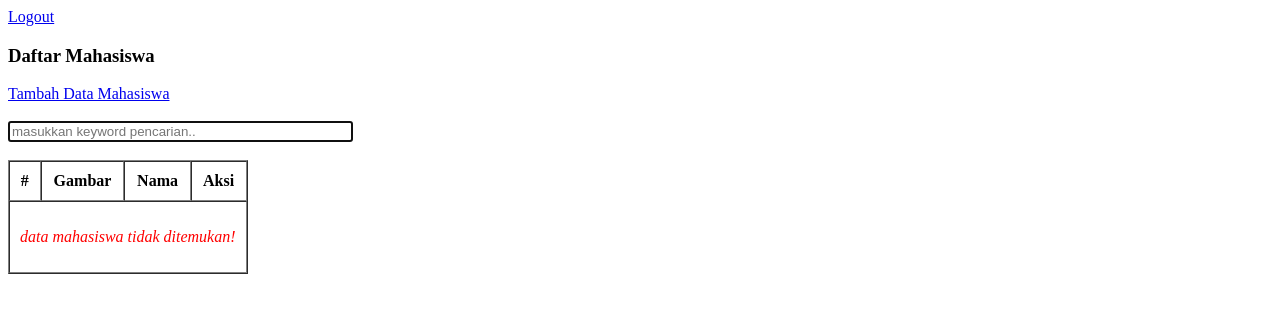
Repository: idlakip/pw2020
Page: http://localhost/
These files come from the project's save history. The page is drawn as it stood at one moment and after the next save; the edit follows.
The browser window is 1280 px wide. The pictures show the whole page.
The page is run by PHP 8.4 with error messages shown; the project is at /var/www/html/. The session is filled in as if someone had signed in: {"login": true}. Other server files are loaded and not shown. Queries for data that is not in the repository find no rows.

Above is the page before, as saved 2020-07-25 04:40:54.

### index.php
<?php
session_start();

if (!isset($_SESSION['login'])) {
  header("Location: login.php");
  exit;
}

require 'functions.php';
$mahasiswa = query("SELECT * FROM mahasiswa");

// ketika tombol cari diklik
if (isset($_POST['cari'])) {
  $mahasiswa = cari($_POST['keyword']);
}

?>
<!DOCTYPE html>
<html lang="en">

<head>
  <meta charset="UTF-8">
  <meta name="viewport" content="width=device-width, initial-scale=1.0">
  <title>Daftar Mahasiswa</title>
</head>

<body>
  <a href="logout.php">Logout</a>
  <h3>Daftar Mahasiswa</h3>

  <a href="tambah.php">Tambah Data Mahasiswa</a>
  <br><br>

  <form action="" method="POST">
    <input type="text" name="keyword" size="40" placeholder="masukkan keyword pencarian.." autocomplete="off" autofocus class="keyword">
    <button type="submit" name="cari" class="tombol-cari">Cari!</button>
  </form>
  <br>

  <div class="container">
    <table border="1" cellpadding="10" cellspacing="0">
      <tr>
        <th>#</th>
        <th>Gambar</th>
        <th>Nama</th>
        <th>Aksi</th>
      </tr>

      <?php if (empty($mahasiswa)) : ?>
        <tr>
          <td colspan="4">
            <p style="color: red; font-style: italic;">data mahasiswa tidak ditemukan!</p>
          </td>
        </tr>
      <?php endif; ?>

      <?php $i = 1;
      foreach ($mahasiswa as $m) : ?>
        <tr>
          <td><?= $i++; ?></td>
          <td><img src="img/<?= $m['gambar']; ?>" width="60"></td>
          <td><?= $m['nama']; ?></td>
          <td>
            <a href="detail.php?id=<?= $m['id']; ?>">lihat detail</a>
          </td>
        </tr>
      <?php endforeach; ?>
    </table>
  </div>

  <script src="js/script.js"></script>
</body>

</html>

### functions.php
<?php

function koneksi()
{
  return mysqli_connect('localhost', 'root', '', 'cb_016122333');
}

function query($query)
{
  $conn = koneksi();

  $result = mysqli_query($conn, $query);

  // jika hasilnya hanya 1 data
  if (mysqli_num_rows($result) == 1) {
    return mysqli_fetch_assoc($result);
  }

  $rows = [];
  while ($row = mysqli_fetch_assoc($result)) {
    $rows[] = $row;
  }

  return $rows;
}

function upload()
{
  $nama_file = $_FILES['gambar']['name'];
  $tipe_file = $_FILES['gambar']['type'];
  $ukuran_file = $_FILES['gambar']['size'];
  $error = $_FILES['gambar']['error'];
  $tmp_file = $_FILES['gambar']['tmp_name'];

  // ketika tidak ada gambar yang dipilih
  // if($error == 4) {
  //   echo "<script>
  //   alert('pilih gambar terlebih dahulu!');
  //   </script>";
  //   return false;
  if($error == 4) {
    // echo "<script>
    // alert('pilih gambar terlebih dahulu!');
    // </script>";
    return 'nophoto.jpg';
  }

  // cek ekstensi file
  $daftar_gambar = ['jpg', 'jpeg', 'png'];
  $ekstensi_file = explode('.', $nama_file);
  $ekstensi_file = strtolower(end($ekstensi_file));
  if(!in_array($ekstensi_file, $daftar_gambar)) {
    echo "<script>
    alert('yang anda pilih bukan gambar!');
    </script>";
    return false;
  }

  // cek type file
  if($tipe_file != 'image/jpeg' && $tipe_file != 'image/png') {
    echo "<script>
    alert('yang anda pilih bukan gambar!');
    </script>";
    return false;
  }

  // cek ukuran file
  // maksimal 5MB = 5.000.000 bite
  if ($ukuran_file > 5000000) {
    echo "<script>
    alert('ukuran terlalu besar, max = 5MB!');
    </script>";
    return false;
  }
  // lolos pengecekan
  // siap upload file
  // generate nama file baru
  $nama_file_baru = uniqid();
  $nama_file_baru .= '.';
  $nama_file_baru .= $ekstensi_file;
  move_uploaded_file($tmp_file, 'img/' . $nama_file_baru);
  return $nama_file_baru;
}

function tambah($data)
{
  $conn = koneksi();

  $nama = htmlspecialchars($data['nama']);
  $nrp = htmlspecialchars($data['nrp']);
  $email = htmlspecialchars($data['email']);
  $jurusan = htmlspecialchars($data['jurusan']);
  // $gambar = htmlspecialchars($data['gambar']);

// upload gambar
  $gambar = upload();
if (!$gambar) {
  return false;
}

// insert ke DB
  $query = "INSERT INTO
              mahasiswa
              VALUES
              (NULL, '$nama','$nrp','$email','$jurusan','$gambar');
              ";
  mysqli_query($conn, $query) or die(mysqli_error($conn));
  echo mysqli_error($conn);
  return mysqli_affected_rows($conn);
}

function hapus($id)
{
  $conn = koneksi();

  // menghapus gambar dari folder img
  $mhs = query("SELECT * FROM mahasiswa WHERE id= $id");
  if($mhs['gambar'] != 'nophoto.jpg') {
    unlink('img/' . $mhs['gambar']);
  }

  mysqli_query($conn, "DELETE FROM mahasiswa WHERE id = $id") or die(mysqli_error($conn));
  return mysqli_affected_rows($conn);
}

function ubah($data)
{
  $conn = koneksi();

  $id = $data['id'];
  $nama = htmlspecialchars($data['nama']);
  $nrp = htmlspecialchars($data['nrp']);
  $email = htmlspecialchars($data['email']);
  $jurusan = htmlspecialchars($data['jurusan']);
  $gambar_lama = htmlspecialchars($data['gambar_lama']);

  $gambar = upload();
  if (!$gambar) {
    return false;
  }

  if($gambar == 'nophoto.jpg') {
    $gambar = $gambar_lama;
  }

  $query = "UPDATE mahasiswa SET
              nama = '$nama',
              nrp = '$nrp',
              email = '$email',
              jurusan = '$jurusan',
              gambar = '$gambar'
            WHERE id = $id";

  mysqli_query($conn, $query) or die(mysqli_error($conn));
  echo mysqli_error($conn);
  return mysqli_affected_rows($conn);
}

function cari($keyword)
{
  $conn = koneksi();

  $query = "SELECT * FROM mahasiswa
              WHERE
              nama LIKE '%$keyword%'OR
              nrp LIKE '%$keyword%'";

  $result = mysqli_query($conn, $query);

  $rows =  [];
  while ($row = mysqli_fetch_assoc($result)) {
    $rows[] = $row;
  }

  return $rows;
}


function login($data)
{
  $conn = koneksi();

  $username = htmlspecialchars($data['username']);
  $password = htmlspecialchars($data['password']);

  // cek dulu username
  if ($user = query("SELECT * FROM user WHERE username = '$username'")) {
    // cek password
    if (password_verify($password, $user['password'])) {
      // set session
      $_SESSION['login'] = true;

      header("Location: index.php");
      exit;
    }
  }
  return [
    'error' => true,
    'pesan' => 'Username / Password Salah!'
  ];
}


function registrasi($data)
{
  $conn = koneksi();


  $username = htmlspecialchars(strtolower($data['username']));
  $password1 = mysqli_real_escape_string($conn, $data['password1']);
  $password2 = mysqli_real_escape_string($conn, $data['password2']);

  //jika username / password kosong
  if (empty($username) || empty($password1) || empty($password2)) {
    echo "<script>
          alert('username / password tidak boleh  kosong!');
          document.location.href = 'registrasi.php';
          </script>";

    return false;
  }

  //jika username sudah aada
  if (query("SELECT * FROM user WHERE username = '$username'")) {
    echo "<script>
    alert('username sudah terdaftar!');
    document.location.href = 'registrasi.php';
    </script>";

    return false;
  }
  //jika konfirmasi password tidak sesuai
  if ($password1 !== $password2) {
    echo "<script>
    alert('konfirmasi password tidak sesuai!');
    document.location.href = 'registrasi.php';
    </script>";

    return false;
  }

  // jika password <5 digit
  if (strlen($password1) < 5) {
    echo "<script>
    alert('password terlalu pendek!');
    document.location.href = 'registrasi.php';
    </script>";

    return false;
  }

  //jika username dan password sudah sesuai
  //enkripsi password
  $password_baru = password_hash($password1, PASSWORD_DEFAULT);
  //Inser ke table user
  $query = "INSERT INTO user
              VALUES
              (null, '$username', '$password_baru')
              ";
  mysqli_query($conn, $query) or die(mysqli_error($conn));
  return mysqli_affected_rows($conn);
}

### js/script.js
const tombolCari = document.querySelector('.tombol-cari');
const keyword = document.querySelector('.keyword');
const container = document.querySelector('.container');

// hilangkan tombol cari
tombolCari.style.display = 'none';

// event ketika kita menuliskan keyword
keyword.addEventListener('keyup', function () {
  // ajax
  // xmlhttprequest
  // const xhr = new XMLHttpRequest();
  // xhr.onreadystatechange = function () {
  //   if (xhr.readyState == 4 && xhr.status == 200) {
  //     container.innerHTML = xhr.responseText;
  //   }
  // };
  // xhr.open('get', 'ajax/ajax_cari.php?keyword=' + keyword.value);
  // xhr.send();

  // fetch()
  fetch('ajax/ajax_cari.php?keyword=' + keyword.value)
    .then((response) => response.text())
    .then((response) => (container.innerHTML = response));
});

// Preview Image untuk Tambah dan Ubah
function previewImage() {
  const gambar = document.querySelector('.gambar');
  const imgPreview = document.querySelector('.img-preview');

  const oFReader = new FileReader();
  oFReader.readAsDataURL(gambar.files[0]);

  oFReader.onload = function (oFREvent) {
    imgPreview.src = oFREvent.target.result;
  };
}

After the next save:
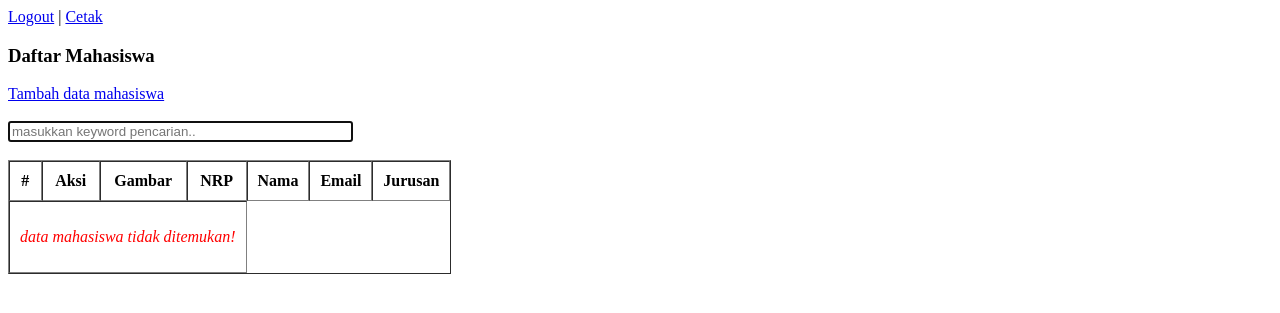
Saved 65 min 29 s later.
--- a/index.php
+++ b/index.php
@@ -22,17 +22,37 @@ if (isset($_POST['cari'])) {
   <meta charset="UTF-8">
   <meta name="viewport" content="width=device-width, initial-scale=1.0">
   <title>Daftar Mahasiswa</title>
+  <style>
+    .loader {
+      width: 100px;
+      position: absolute;
+      top: 118px;
+      left: 210px;
+      z-index: -1;
+      display: none;
+    }
+
+    @media print {
+
+      .logout,
+      .tambah,
+      .form-cari,
+      .aksi {
+        display: none;
+      }
+    }
+  </style>
 </head>
 
 <body>
-  <a href="logout.php">Logout</a>
+  <a href="logout.php">Logout</a> | <a href="cetak.php" target="_blank">Cetak</a>
   <h3>Daftar Mahasiswa</h3>
 
-  <a href="tambah.php">Tambah Data Mahasiswa</a>
+  <a href="tambah.php" class="tambah">Tambah data mahasiswa</a>
   <br><br>
 
-  <form action="" method="POST">
-    <input type="text" name="keyword" size="40" placeholder="masukkan keyword pencarian.." autocomplete="off" autofocus class="keyword">
+  <form action="" method="POST" class="form-cari">
+    <input type="text" name="keyword" size="40" placeholder="masukkan keyword pencarian.." autocomplete="off" autofocus class="keyword" id="keyword">
     <button type="submit" name="cari" class="tombol-cari">Cari!</button>
   </form>
   <br>
@@ -41,9 +61,12 @@ if (isset($_POST['cari'])) {
     <table border="1" cellpadding="10" cellspacing="0">
       <tr>
         <th>#</th>
+        <th>Aksi</th>
         <th>Gambar</th>
+        <th>NRP</th>
         <th>Nama</th>
-        <th>Aksi</th>
+        <th>Email</th>
+        <th>Jurusan</th>
       </tr>
 
       <?php if (empty($mahasiswa)) : ?>
